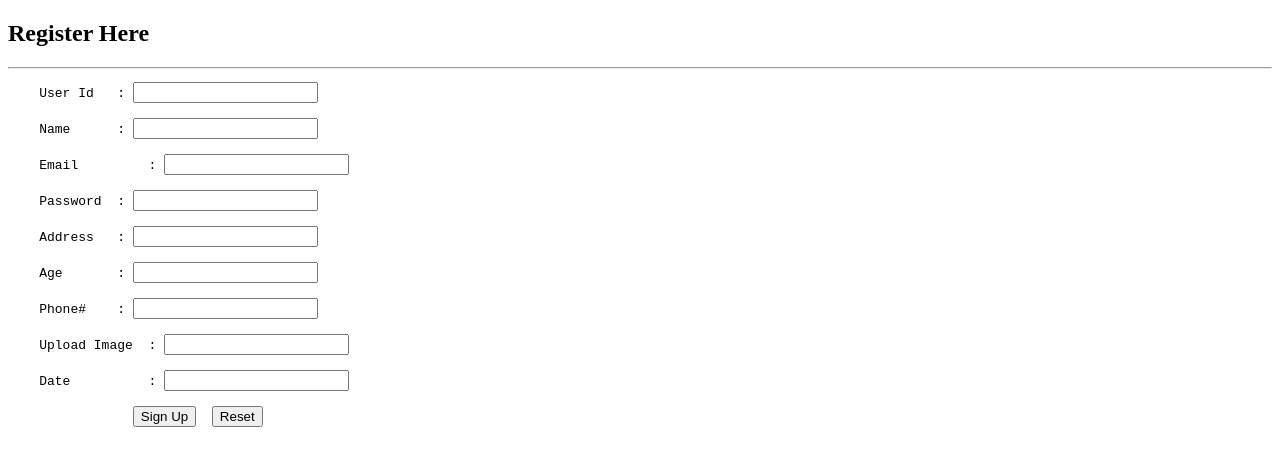
Repository: ShreyasG27/Amdocs-Training
Page: http://localhost/elearning-frontend/register.jsp
These files come from the project's save history. The page is drawn as it stood at one moment and after the next save; the edit follows.
The browser window is 1280 px wide. The pictures show the whole page.
The page is served by Tomcat 9.

Above is the page before, as saved 2021-08-17 12:24:39.

After the next save:
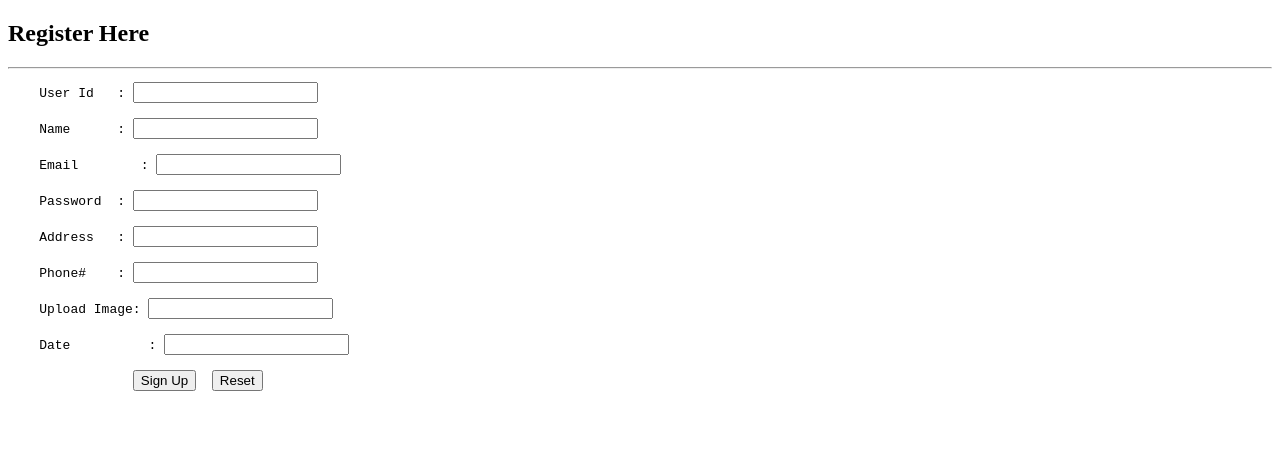
Saved 71 s later.
--- a/elearning-frontend/WebContent/register.jsp
+++ b/elearning-frontend/WebContent/register.jsp
@@ -13,12 +13,11 @@
     <pre>
     User Id   : <input type="number" name="userid"><br>
     Name      : <input type="text" name="name"><br>
-    Email	  : <input type="email" name="email"><br>
+    Email	 : <input type="email" name="email"><br>
     Password  : <input type="password" name="password"><br>
     Address   : <input type="text" name="address"><br>
-    Age       : <input type="number" name="age"><br>
     Phone#    : <input type="number" name="phone"><br>
-    Upload Image  : <input type="text" name="image"><br>
+    Upload Image: <input type="text" name="image"><br>
     Date	  : <input type="text" name="date"><br>
                 <input type="submit" value="Sign Up">  <input type="reset" value="Reset"><br>
     </pre>
